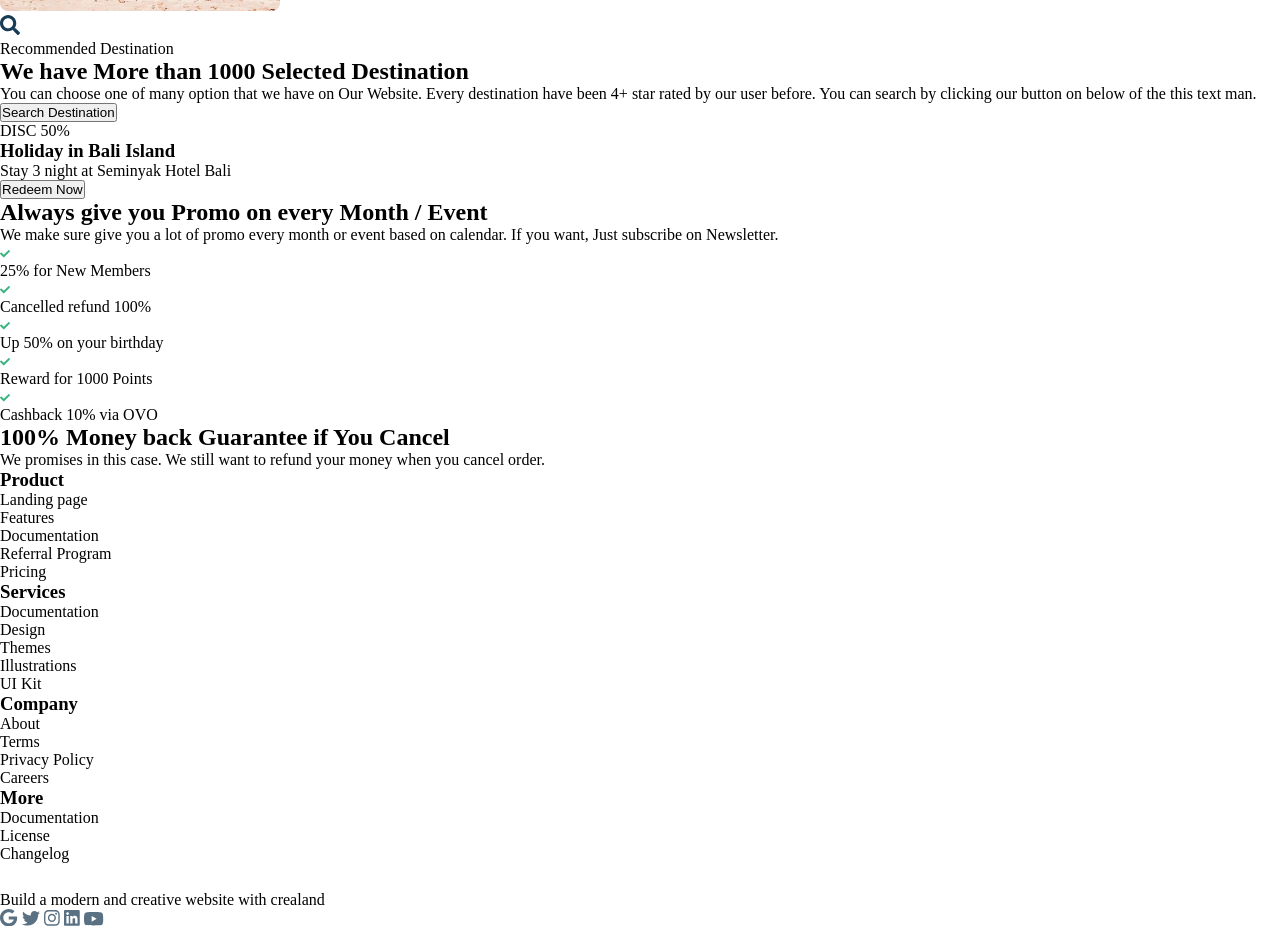
Repository: daviHmoraes/frontcomtailwind
Page: index.html
These files come from the project's save history. The page is drawn as it stood at one moment and after a run of saves; the edit follows.
The browser window is 1280 px wide. The pictures show the part of the page from y = 4222 to 5174 px (the page is 5152 px tall before and 5174 px after).
A picture or video elsewhere on the page could not be fetched, so the positions and the page height are approximate.

Above is the page before, as saved 2026-08-31 18:32:30.

After the next 2 saves:
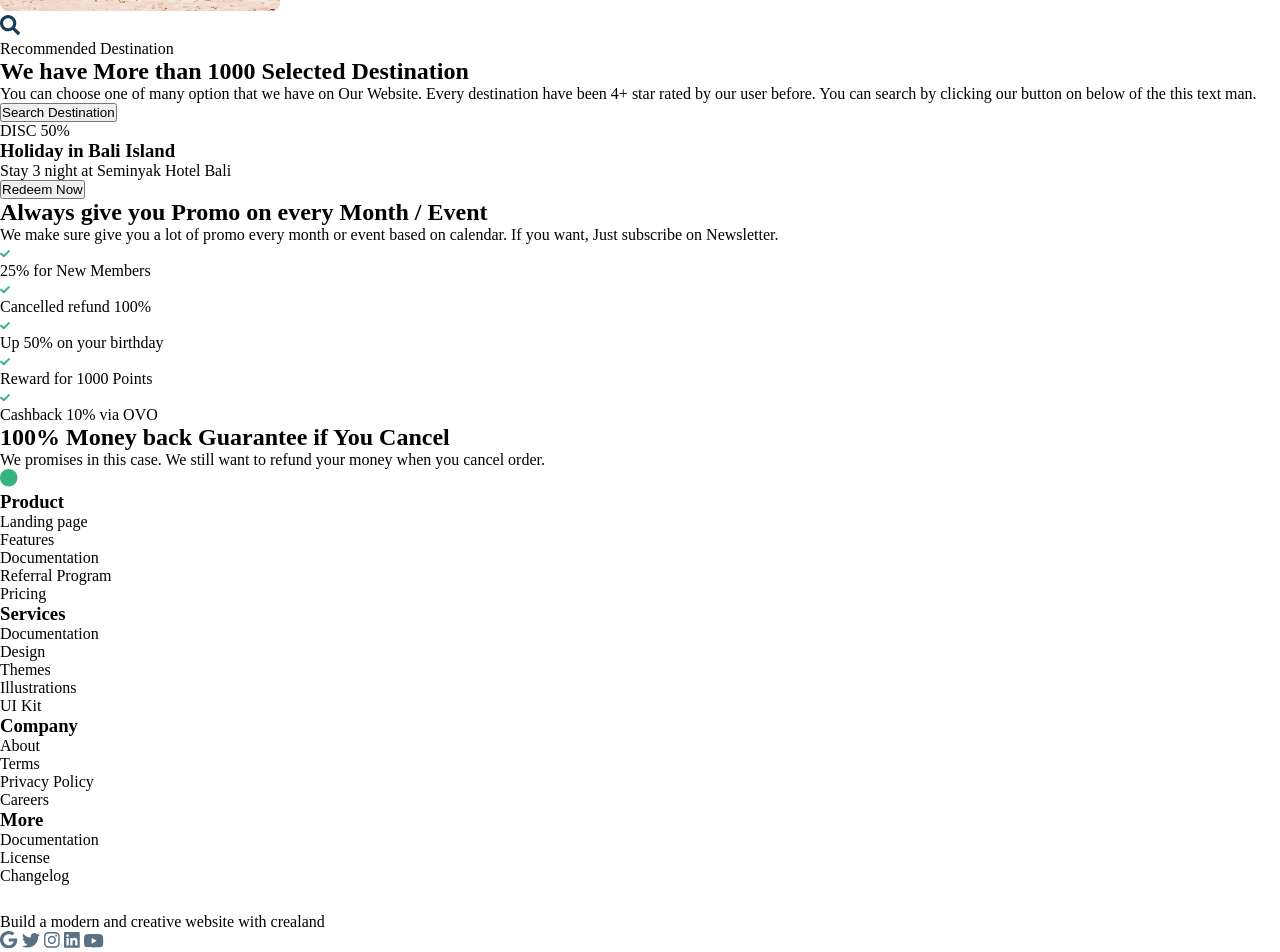
The 2 saves are shown as one change because they came seconds apart.
The last was saved 8 s later.
--- a/index.html
+++ b/index.html
@@ -364,7 +364,7 @@
             <div class="faqs">
                 <div class="selected-faq">
                     <div class="faq-header">
-
+                        <img src="/img/filled-green-circle.svg" alt="">
                     </div>
                 </div>
             </div>
